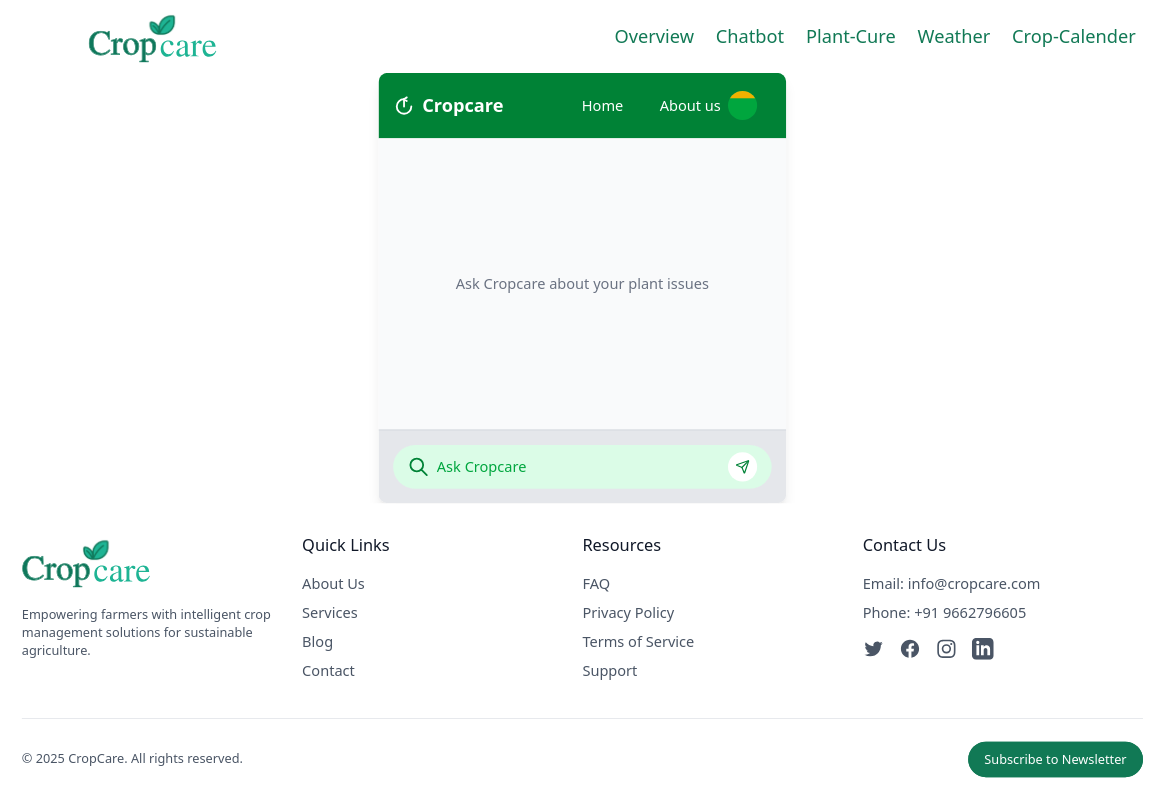
Repository: VishwaaBhavsar/Cropcare
Page: /services/chat
The author's editor kept a copy of each file at every save. The page is drawn from the files as they stood at one save, then again after the next save.
The browser window is 1280 px wide. The pictures show the whole page, at 91% of full size.
The project was rebuilt for these pictures with package versions that can differ from the ones it lists, and the page was loaded fresh each time. The framework's server and built-in components were replaced by stand-ins that run in the browser. Also part of the build but not shown: next.config.mjs, src/components/HeroNav.jsx.

Above is the page before, as saved 2025-04-20 10:20:38.

### src/app/layout.js


import { Geist, Geist_Mono } from "next/font/google";
import "./globals.css";
import HeroNav from "@/components/HeroNav";
import HeroFooter from "@/components/HeroFooter";

const geistSans = Geist({
  variable: "--font-geist-sans",
  subsets: ["latin"],
});

const geistMono = Geist_Mono({
  variable: "--font-geist-mono",
  subsets: ["latin"],
});

export const metadata = {
  title: "Create Next App",
  description: "Generated by create next app",
};

export default function RootLayout({ children }) {
  return (
    <html lang="en">
      <body
        className={`${geistSans.variable} ${geistMono.variable} antialiased`}
      >
        <HeroNav/>
        {children}
        <HeroFooter/>
      </body>
    </html>
  );
}

### src/app/services/layout.js

import HeroFooter from "@/components/HeroFooter";
import Navbar from "@/components/Navbar";



export default function ServiceLayout({ children }) {
  return (

      <>
        <Navbar/>
        {children}

      </>

  );
}

### src/app/services/chat/page.js
import Chat from "@/pages/Chat";

const page = () => {
    return (
        <div>
            <Chat/>
        </div>
    );
}

export default page;

### src/app/globals.css
@import "tailwindcss";


@custom-variant dark (&:is(.dark *));

@theme inline {
  --color-background: var(--background);
  --color-foreground: var(--foreground);
  --font-sans: var(--font-geist-sans);
  --font-mono: var(--font-geist-mono);
  --color-sidebar-ring: var(--sidebar-ring);
  --color-sidebar-border: var(--sidebar-border);
  --color-sidebar-accent-foreground: var(--sidebar-accent-foreground);
  --color-sidebar-accent: var(--sidebar-accent);
  --color-sidebar-primary-foreground: var(--sidebar-primary-foreground);
  --color-sidebar-primary: var(--sidebar-primary);
  --color-sidebar-foreground: var(--sidebar-foreground);
  --color-sidebar: var(--sidebar);
  --color-chart-5: var(--chart-5);
  --color-chart-4: var(--chart-4);
  --color-chart-3: var(--chart-3);
  --color-chart-2: var(--chart-2);
  --color-chart-1: var(--chart-1);
  --color-ring: var(--ring);
  --color-input: var(--input);
  --color-border: var(--border);
  --color-destructive: var(--destructive);
  --color-accent-foreground: var(--accent-foreground);
  --color-accent: var(--accent);
  --color-muted-foreground: var(--muted-foreground);
  --color-muted: var(--muted);
  --color-secondary-foreground: var(--secondary-foreground);
  --color-secondary: var(--secondary);
  --color-primary-foreground: var(--primary-foreground);
  --color-primary: var(--primary);
  --color-popover-foreground: var(--popover-foreground);
  --color-popover: var(--popover);
  --color-card-foreground: var(--card-foreground);
  --color-card: var(--card);
  --radius-sm: calc(var(--radius) - 4px);
  --radius-md: calc(var(--radius) - 2px);
  --radius-lg: var(--radius);
  --radius-xl: calc(var(--radius) + 4px);
  --animate-accordion-down: accordion-down 0.2s ease-out;
  --animate-accordion-up: accordion-up 0.2s ease-out;

  @keyframes accordion-down {
    from {
      height: 0;
    }
    to {
      height: var(--radix-accordion-content-height);
    }
  }

  @keyframes accordion-up {
    from {
      height: var(--radix-accordion-content-height);
    }
    to {
      height: 0;
    }
  }
}

:root {
  --radius: 0.625rem;
  --background: oklch(1 0 0);
  --foreground: oklch(0.141 0.005 285.823);
  --card: oklch(1 0 0);
  --card-foreground: oklch(0.141 0.005 285.823);
  --popover: oklch(1 0 0);
  --popover-foreground: oklch(0.141 0.005 285.823);
  --primary: oklch(0.21 0.006 285.885);
  --primary-foreground: oklch(0.985 0 0);
  --secondary: oklch(0.967 0.001 286.375);
  --secondary-foreground: oklch(0.21 0.006 285.885);
  --muted: oklch(0.967 0.001 286.375);
  --muted-foreground: oklch(0.552 0.016 285.938);
  --accent: oklch(0.967 0.001 286.375);
  --accent-foreground: oklch(0.21 0.006 285.885);
  --destructive: oklch(0.577 0.245 27.325);
  --border: oklch(0.92 0.004 286.32);
  --input: oklch(0.92 0.004 286.32);
  --ring: oklch(0.705 0.015 286.067);
  --chart-1: oklch(0.646 0.222 41.116);
  --chart-2: oklch(0.6 0.118 184.704);
  --chart-3: oklch(0.398 0.07 227.392);
  --chart-4: oklch(0.828 0.189 84.429);
  --chart-5: oklch(0.769 0.188 70.08);
  --sidebar: oklch(0.985 0 0);
  --sidebar-foreground: oklch(0.141 0.005 285.823);
  --sidebar-primary: oklch(0.21 0.006 285.885);
  --sidebar-primary-foreground: oklch(0.985 0 0);
  --sidebar-accent: oklch(0.967 0.001 286.375);
  --sidebar-accent-foreground: oklch(0.21 0.006 285.885);
  --sidebar-border: oklch(0.92 0.004 286.32);
  --sidebar-ring: oklch(0.705 0.015 286.067);
}

.dark {
  --background: oklch(0.141 0.005 285.823);
  --foreground: oklch(0.985 0 0);
  --card: oklch(0.21 0.006 285.885);
  --card-foreground: oklch(0.985 0 0);
  --popover: oklch(0.21 0.006 285.885);
  --popover-foreground: oklch(0.985 0 0);
  --primary: oklch(0.92 0.004 286.32);
  --primary-foreground: oklch(0.21 0.006 285.885);
  --secondary: oklch(0.274 0.006 286.033);
  --secondary-foreground: oklch(0.985 0 0);
  --muted: oklch(0.274 0.006 286.033);
  --muted-foreground: oklch(0.705 0.015 286.067);
  --accent: oklch(0.274 0.006 286.033);
  --accent-foreground: oklch(0.985 0 0);
  --destructive: oklch(0.704 0.191 22.216);
  --border: oklch(1 0 0 / 10%);
  --input: oklch(1 0 0 / 15%);
  --ring: oklch(0.552 0.016 285.938);
  --chart-1: oklch(0.488 0.243 264.376);
  --chart-2: oklch(0.696 0.17 162.48);
  --chart-3: oklch(0.769 0.188 70.08);
  --chart-4: oklch(0.627 0.265 303.9);
  --chart-5: oklch(0.645 0.246 16.439);
  --sidebar: oklch(0.21 0.006 285.885);
  --sidebar-foreground: oklch(0.985 0 0);
  --sidebar-primary: oklch(0.488 0.243 264.376);
  --sidebar-primary-foreground: oklch(0.985 0 0);
  --sidebar-accent: oklch(0.274 0.006 286.033);
  --sidebar-accent-foreground: oklch(0.985 0 0);
  --sidebar-border: oklch(1 0 0 / 10%);
  --sidebar-ring: oklch(0.552 0.016 285.938);
}

@layer base {
  * {
    @apply border-border outline-ring/50;
  }
  body {
    @apply bg-background text-foreground;
  }
}

### src/components/HeroFooter.jsx
import Link from "next/link";

const Footer = () => {
  const currentYear = new Date().getFullYear();

  return (
    <footer className="bg-white dark:bg-gray-800 mt-auto">
      <div className="container mx-auto px-6 py-8">
        <div className="flex flex-col md:flex-row justify-between">
          {/* Logo and company description */}
          <div className="mb-6 md:mb-0 md:w-1/4">
            <Link href="/">
              <img src="/logo.svg" className="h-16 bg-transparent mb-4" alt="CropCare Logo" />
            </Link>
            <p className="text-gray-600 dark:text-gray-300 text-sm">
              Empowering farmers with intelligent crop management solutions for sustainable agriculture.
            </p>
          </div>

          {/* Quick Links */}
          <div className="md:w-1/4 mb-6 md:mb-0">
            <h3 className="text-lg font-medium text-gray-900 dark:text-white mb-4">Quick Links</h3>
            <ul>
              <li className="mb-2">
                <Link href="/about" className="text-gray-600 dark:text-gray-300 hover:text-[#117955] hover:underline">About Us</Link>
              </li>
              <li className="mb-2">
                <Link href="/services" className="text-gray-600 dark:text-gray-300 hover:text-[#117955] hover:underline">Services</Link>
              </li>
              <li className="mb-2">
                <Link href="/blog" className="text-gray-600 dark:text-gray-300 hover:text-[#117955] hover:underline">Blog</Link>
              </li>
              <li className="mb-2">
                <Link href="/contact" className="text-gray-600 dark:text-gray-300 hover:text-[#117955] hover:underline">Contact</Link>
              </li>
            </ul>
          </div>

          {/* Resources */}
          <div className="md:w-1/4 mb-6 md:mb-0">
            <h3 className="text-lg font-medium text-gray-900 dark:text-white mb-4">Resources</h3>
            <ul>
              <li className="mb-2">
                <Link href="/faq" className="text-gray-600 dark:text-gray-300 hover:text-[#117955] hover:underline">FAQ</Link>
              </li>
              <li className="mb-2">
                <Link href="/privacy" className="text-gray-600 dark:text-gray-300 hover:text-[#117955] hover:underline">Privacy Policy</Link>
              </li>
              <li className="mb-2">
                <Link href="/terms" className="text-gray-600 dark:text-gray-300 hover:text-[#117955] hover:underline">Terms of Service</Link>
              </li>
              <li className="mb-2">
                <Link href="/support" className="text-gray-600 dark:text-gray-300 hover:text-[#117955] hover:underline">Support</Link>
              </li>
            </ul>
          </div>

          {/* Contact Info */}
          <div className="md:w-1/4">
            <h3 className="text-lg font-medium text-gray-900 dark:text-white mb-4">Contact Us</h3>
            <p className="text-gray-600 dark:text-gray-300 mb-2">Email: info@cropcare.com</p>
            <p className="text-gray-600 dark:text-gray-300 mb-2">Phone: +91 9662796605</p>
            <div className="flex mt-4">
              <a href="#" className="mr-4 text-gray-600 hover:text-[#117955]">
                <span className="sr-only">Twitter</span>
                <svg className="h-6 w-6" fill="currentColor" viewBox="0 0 24 24">
                  <path d="M8.29 20.251c7.547 0 11.675-6.253 11.675-11.675 0-.178 0-.355-.012-.53A8.348 8.348 0 0022 5.92a8.19 8.19 0 01-2.357.646 4.118 4.118 0 001.804-2.27 8.224 8.224 0 01-2.605.996 4.107 4.107 0 00-6.993 3.743 11.65 11.65 0 01-8.457-4.287 4.106 4.106 0 001.27 5.477A4.072 4.072 0 012.8 9.713v.052a4.105 4.105 0 003.292 4.022 4.095 4.095 0 01-1.853.07 4.108 4.108 0 003.834 2.85A8.233 8.233 0 012 18.407a11.616 11.616 0 006.29 1.84"></path>
                </svg>
              </a>
              <a href="#" className="mr-4 text-gray-600 hover:text-[#117955]">
                <span className="sr-only">Facebook</span>
                <svg className="h-6 w-6" fill="currentColor" viewBox="0 0 24 24">
                  <path fillRule="evenodd" d="M22 12c0-5.523-4.477-10-10-10S2 6.477 2 12c0 4.991 3.657 9.128 8.438 9.878v-6.987h-2.54V12h2.54V9.797c0-2.506 1.492-3.89 3.777-3.89 1.094 0 2.238.195 2.238.195v2.46h-1.26c-1.243 0-1.63.771-1.63 1.562V12h2.773l-.443 2.89h-2.33v6.988C18.343 21.128 22 16.991 22 12z" clipRule="evenodd"></path>
                </svg>
              </a>
              <a href="#" className="mr-4 text-gray-600 hover:text-[#117955]">
                <span className="sr-only">Instagram</span>
                <svg className="h-6 w-6" fill="currentColor" viewBox="0 0 24 24">
                  <path fillRule="evenodd" d="M12.315 2c2.43 0 2.784.013 3.808.06 1.064.049 1.791.218 2.427.465a4.902 4.902 0 011.772 1.153 4.902 4.902 0 011.153 1.772c.247.636.416 1.363.465 2.427.048 1.067.06 1.407.06 4.123v.08c0 2.643-.012 2.987-.06 4.043-.049 1.064-.218 1.791-.465 2.427a4.902 4.902 0 01-1.153 1.772 4.902 4.902 0 01-1.772 1.153c-.636.247-1.363.416-2.427.465-1.067.048-1.407.06-4.123.06h-.08c-2.643 0-2.987-.012-4.043-.06-1.064-.049-1.791-.218-2.427-.465a4.902 4.902 0 01-1.772-1.153 4.902 4.902 0 01-1.153-1.772c-.247-.636-.416-1.363-.465-2.427-.047-1.024-.06-1.379-.06-3.808v-.63c0-2.43.013-2.784.06-3.808.049-1.064.218-1.791.465-2.427a4.902 4.902 0 011.153-1.772A4.902 4.902 0 015.45 2.525c.636-.247 1.363-.416 2.427-.465C8.901 2.013 9.256 2 11.685 2h.63zm-.081 1.802h-.468c-2.456 0-2.784.011-3.807.058-.975.045-1.504.207-1.857.344-.467.182-.8.398-1.15.748-.35.35-.566.683-.748 1.15-.137.353-.3.882-.344 1.857-.047 1.023-.058 1.351-.058 3.807v.468c0 2.456.011 2.784.058 3.807.045.975.207 1.504.344 1.857.182.466.399.8.748 1.15.35.35.683.566 1.15.748.353.137.882.3 1.857.344 1.054.048 1.37.058 4.041.058h.08c2.597 0 2.917-.01 3.96-.058.976-.045 1.505-.207 1.858-.344.466-.182.8-.398 1.15-.748.35-.35.566-.683.748-1.15.137-.353.3-.882.344-1.857.048-1.055.058-1.37.058-4.041v-.08c0-2.597-.01-2.917-.058-3.96-.045-.976-.207-1.505-.344-1.858a3.097 3.097 0 00-.748-1.15 3.098 3.098 0 00-1.15-.748c-.353-.137-.882-.3-1.857-.344-1.023-.047-1.351-.058-3.807-.058zM12 6.865a5.135 5.135 0 110 10.27 5.135 5.135 0 010-10.27zm0 1.802a3.333 3.333 0 100 6.666 3.333 3.333 0 000-6.666zm5.338-3.205a1.2 1.2 0 110 2.4 1.2 1.2 0 010-2.4z" clipRule="evenodd"></path>
                </svg>
              </a>
              <a href="#" className="text-gray-600 hover:text-[#117955]">
                <span className="sr-only">LinkedIn</span>
                <svg className="h-6 w-6" fill="currentColor" viewBox="0 0 24 24">
                  <path d="M19 0h-14c-2.761 0-5 2.239-5 5v14c0 2.761 2.239 5 5 5h14c2.762 0 5-2.239 5-5v-14c0-2.761-2.238-5-5-5zm-11 19h-3v-11h3v11zm-1.5-12.268c-.966 0-1.75-.79-1.75-1.764s.784-1.764 1.75-1.764 1.75.79 1.75 1.764-.783 1.764-1.75 1.764zm13.5 12.268h-3v-5.604c0-3.368-4-3.113-4 0v5.604h-3v-11h3v1.765c1.396-2.586 7-2.777 7 2.476v6.759z"></path>
                </svg>
              </a>
            </div>
          </div>
        </div>

        {/* Bottom copyright */}
        <div className="border-t border-gray-200 dark:border-gray-700 mt-8 pt-8 flex flex-col md:flex-row justify-between items-center">
          <p className="text-sm text-gray-600 dark:text-gray-300">
            © {currentYear} CropCare. All rights reserved.
          </p>
          <div className="mt-4 md:mt-0">
            <Link href="/subscribe" className="font-medium px-4 py-2 text-sm text-white bg-[#117955] rounded-3xl border-[#117955] border-[2px] hover:bg-white hover:text-[#117955]">
              Subscribe to Newsletter
            </Link>
          </div>
        </div>
      </div>
    </footer>
  );
}

export default Footer;

### src/components/Navbar.jsx
// import Link from "next/link";

// const Navbar = () => {

//     return (
//                 <div className=" z-10 flex flex-row bg-white dark:bg-gray-800 sticky top-0 left-0 right-0 h-20 items-center justify-between p-5">
//                     <Link href='/'><img src={'/logo.svg'} className="h-16 bg-transparent ml-[6vw]"/></Link>
//                     <div>
//                         <Link href='/services' className="text-[#117955] hover:text-[#20B297] text-xl font-medium mx-3">Overview</Link>
//                         <Link href='/services/chat' className="text-[#117955] hover:text-[#20B297] text-xl font-medium mx-3">Chatbot</Link>
//                         <Link href='/services/cure' className="text-[#117955] hover:text-[#20B297] text-xl font-medium mx-3">Plant-Cure</Link>
//                         <Link href='/services/weather' className="text-[#117955] hover:text-[#20B297] text-xl font-medium mx-3">Weather</Link>
//                      </div>
//                 </div>
//             );
//         }
// export default Navbar;

'use client'
import Link from "next/link";
import { usePathname } from "next/navigation";
const Navbar = () => {
    const location = usePathname();
    const isHome = location!='/services';
    return (
        <div className=" z-10 flex flex-row bg-white dark:bg-gray-800 sticky top-0 left-0 right-0 h-20 items-center justify-between p-5">
            <Link href='/'><img src={'/logo.svg'} className="h-16 bg-transparent ml-[6vw]" /></Link>
            <div>

                <Link href='/services' className="text-[#117955] hover:text-[#20B297] text-xl font-medium mx-3">Overview</Link>
            {isHome &&
            <>
                <Link href='/services/chat' className="text-[#117955] hover:text-[#20B297] text-xl font-medium mx-3">Chatbot</Link>
                <Link href='/services/cure' className="text-[#117955] hover:text-[#20B297] text-xl font-medium mx-3">Plant-Cure</Link>
                <Link href='/services/weather' className="text-[#117955] hover:text-[#20B297] text-xl font-medium mx-3">Weather</Link>
                <Link href='/services/calendar' className="text-[#117955] hover:text-[#20B297] text-xl font-medium mx-3">Crop-Calender</Link>
            </>
            }
            </div>
        </div>
    );
}
export default Navbar;

### src/pages/Chat.jsx
"use client";

import { useState, useRef, useEffect } from 'react';
import { Send } from 'lucide-react';

const Chat = () => {
    const [message, setMessage] = useState('');
    const [chatHistory, setChatHistory] = useState([]);
    const [isLoading, setIsLoading] = useState(false);
    const chatContainerRef = useRef(null);

    // Scroll to bottom of chat whenever history changes
    useEffect(() => {
        if (chatContainerRef.current) {
            chatContainerRef.current.scrollTop = chatContainerRef.current.scrollHeight;
        }
    }, [chatHistory]);

    const handleSendMessage = () => {
        if (!message.trim()) return;

        // Add user message to chat history
        setChatHistory(prev => [...prev, { type: 'user', content: message }]);

        // Clear input field
        setMessage('');

        // Simulate response (replace with your actual API call)
        setIsLoading(true);
        setTimeout(() => {
            // This is where you would integrate your actual chatbot API
            setChatHistory(prev => [...prev, {
                type: 'bot',
                content: "This is a sample response. Connect your actual chatbot API here."
            }]);
            setIsLoading(false);
        }, 1000);
    };

    return (
        <div className="w-full max-w-md mx-auto rounded-lg overflow-hidden shadow-lg bg-white">
            {/* Chat Header */}
            <div className="bg-green-700 text-white p-4 flex items-center">
                <div className="text-xl font-bold flex items-center">
                    <svg viewBox="0 0 24 24" className="h-6 w-6 mr-2" fill="none" xmlns="http://www.w3.org/2000/svg">
                        <path d="M12 5C7.58172 5 4 8.58172 4 13C4 17.4183 7.58172 21 12 21C16.4183 21 20 17.4183 20 13" stroke="currentColor" strokeWidth="2" strokeLinecap="round"/>
                        <path d="M15 3L12 5L15 7" stroke="currentColor" strokeWidth="2" strokeLinecap="round" strokeLinejoin="round"/>
                        <path d="M12 5V13" stroke="currentColor" strokeWidth="2" strokeLinecap="round"/>
                    </svg>
                    Cropcare
                </div>
                <div className="ml-auto flex space-x-2">
                    <button className="text-white px-4 py-1 rounded">Home</button>
                    <button className="text-white px-4 py-1 rounded flex items-center">
                        About us
                        <div className="h-8 w-8 rounded-full bg-green-600 ml-2 overflow-hidden">
                            <div className="bg-yellow-500 h-2 w-8"></div>
                        </div>
                    </button>
                </div>
            </div>

            {/* Chat Messages */}
            <div
                ref={chatContainerRef}
                className="h-80 p-4 overflow-y-auto bg-gray-50"
            >
                {chatHistory.length === 0 ? (
                    <div className="flex justify-center items-center h-full">
                        <p className="text-gray-500">Ask Cropcare about your plant issues</p>
                    </div>
                ) : (
                    chatHistory.map((chat, index) => (
                        <div key={index} className={`mb-4 ${chat.type === 'user' ? 'text-right' : ''}`}>
                            <div
                                className={`inline-block p-3 rounded-lg max-w-xs md:max-w-md ${
                                    chat.type === 'user'
                                        ? 'bg-green-100 text-green-800'
                                        : 'bg-green-700 text-white'
                                }`}
                            >
                                {chat.content}
                            </div>
                        </div>
                    ))
                )}
                {isLoading && (
                    <div className="flex justify-start mb-4">
                        <div className="bg-green-700 text-white p-3 rounded-lg">
                            <div className="flex space-x-2">
                                <div className="w-2 h-2 rounded-full bg-white animate-bounce"></div>
                                <div className="w-2 h-2 rounded-full bg-white animate-bounce" style={{animationDelay: '0.2s'}}></div>
                                <div className="w-2 h-2 rounded-full bg-white animate-bounce" style={{animationDelay: '0.4s'}}></div>
                            </div>
                        </div>
                    </div>
                )}
            </div>

            {/* Chat Input */}
            <div className="p-4 bg-gray-200 border-t border-gray-300">
                <div className="flex items-center bg-green-100 rounded-full px-4 py-2">
                    <svg className="w-6 h-6 text-green-700 mr-2" fill="none" stroke="currentColor" viewBox="0 0 24 24" xmlns="http://www.w3.org/2000/svg">
                        <path strokeLinecap="round" strokeLinejoin="round" strokeWidth="2" d="M21 21l-6-6m2-5a7 7 0 11-14 0 7 7 0 0114 0z"></path>
                    </svg>
                    <input
                        type="text"
                        value={message}
                        onChange={(e) => setMessage(e.target.value)}
                        onKeyPress={(e) => e.key === 'Enter' && handleSendMessage()}
                        placeholder="Ask Cropcare"
                        className="flex-1 bg-transparent outline-none text-green-800 placeholder-green-600"
                    />
                    <button
                        onClick={handleSendMessage}
                        className="ml-2 bg-white rounded-full p-2 text-green-700 hover:bg-green-50"
                    >
                        <Send size={16} />
                    </button>
                </div>
            </div>
        </div>
    );
};

export default Chat;

After the next save:
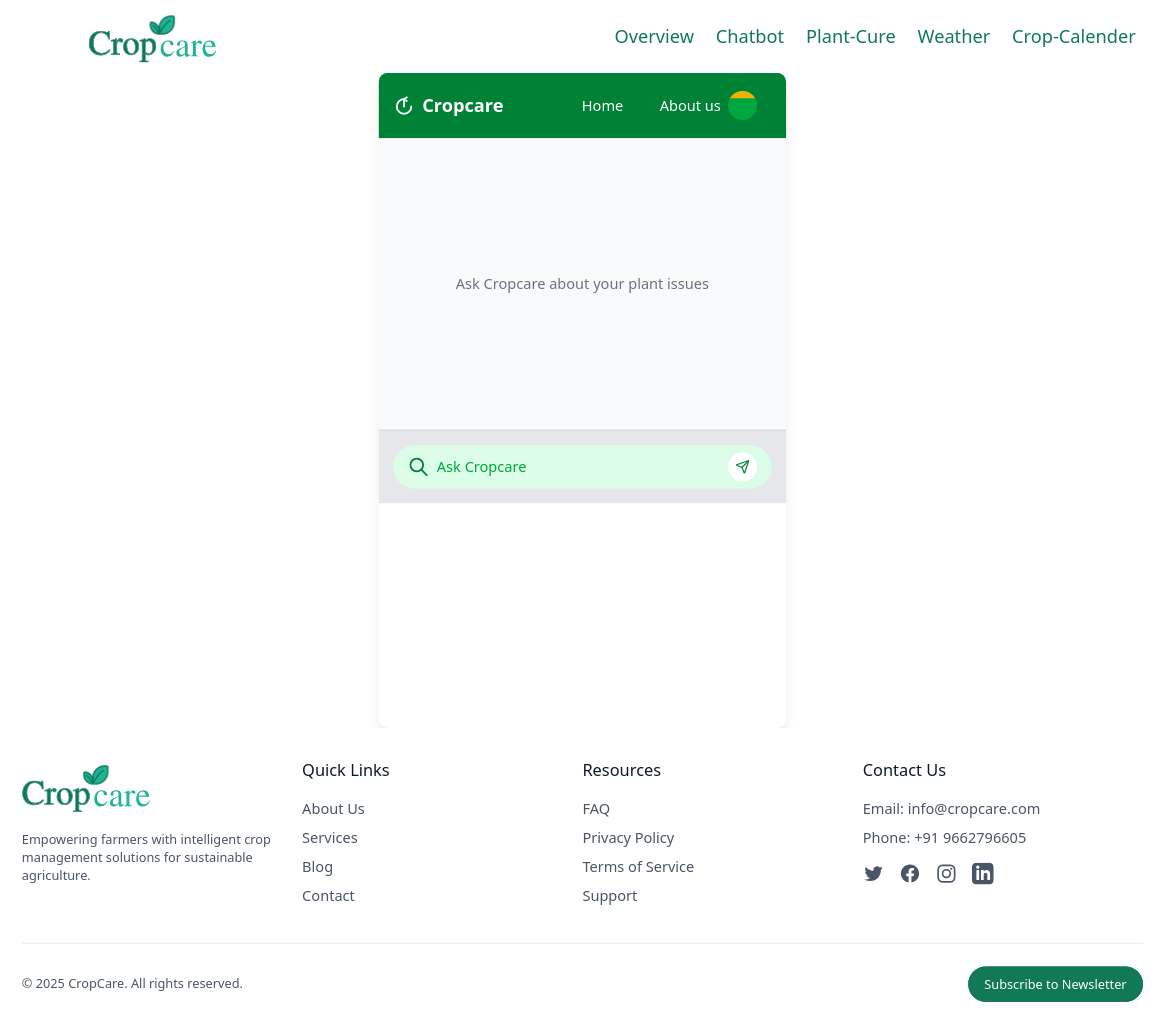
Saved 5 min 23 s later.
--- a/src/pages/Chat.jsx
+++ b/src/pages/Chat.jsx
@@ -38,7 +38,7 @@ const Chat = () => {
     };
 
     return (
-        <div className="w-full max-w-md mx-auto rounded-lg overflow-hidden shadow-lg bg-white">
+        <div className="w-full max-w-md mx-auto rounded-lg overflow-hidden shadow-lg min-h-screen bg-white">
             {/* Chat Header */}
             <div className="bg-green-700 text-white p-4 flex items-center">
                 <div className="text-xl font-bold flex items-center">
